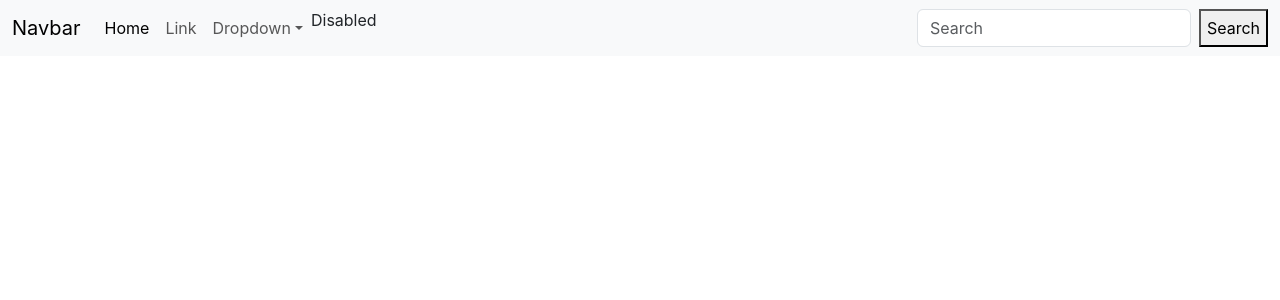
Repository: ASHUTOSH30LUV/news
Page: /
These files come from the project's save history. The page is drawn as it stood at one moment and after the next save; the edit follows.
The browser window is 1280 px wide. The pictures show the whole page.
The project was rebuilt for these pictures with package versions that can differ from the ones it lists, and the page was loaded fresh each time. Also part of the build but not shown: src/App.css.

Above is the page before, as saved 2024-07-27 17:52:30.

After the next save:
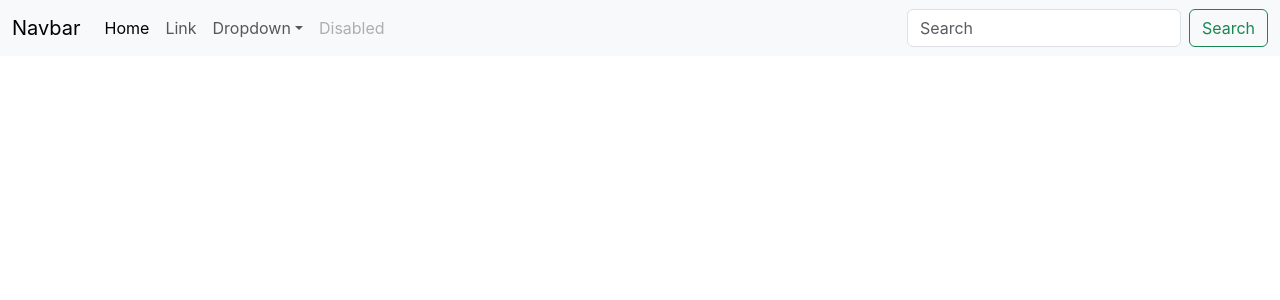
Saved 69 s later.
--- a/src/App.js
+++ b/src/App.js
@@ -31,12 +31,12 @@
           </ul>
         </li>
         <li className="nav-item">
-          <a classNameName="nav-link disabled" aria-disabled="true">Disabled</a>
+          <a className="nav-link disabled" aria-disabled="true">Disabled</a>
         </li>
       </ul>
       <form className="d-flex" role="search">
         <input className="form-control me-2" type="search" placeholder="Search" aria-label="Search" />
-        <button classNameName="btn btn-outline-success" type="submit">Search</button>
+        <button className="btn btn-outline-success" type="submit">Search</button>
       </form>
     </div>
   </div>
